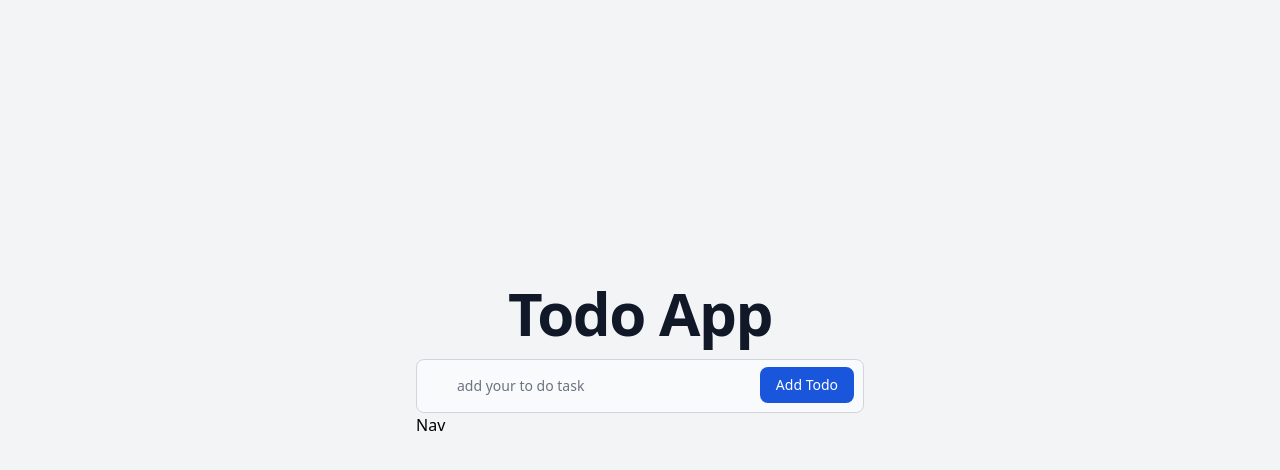
Repository: sodmaq/Todo-App
Page: /
An editor plug-in stored every save of this project. The page is shown before and after the next save, followed by the edit.
The browser window is 1280 px wide. The pictures show the whole page.
The project was rebuilt for these pictures with package versions that can differ from the ones it lists, and the page was loaded fresh each time. Also part of the build but not shown: vite.config.js, src/components/Quote.jsx, src/components/TodoItem.jsx.

Above is the page before, as saved 2024-09-04 11:49:26.

After the next save:
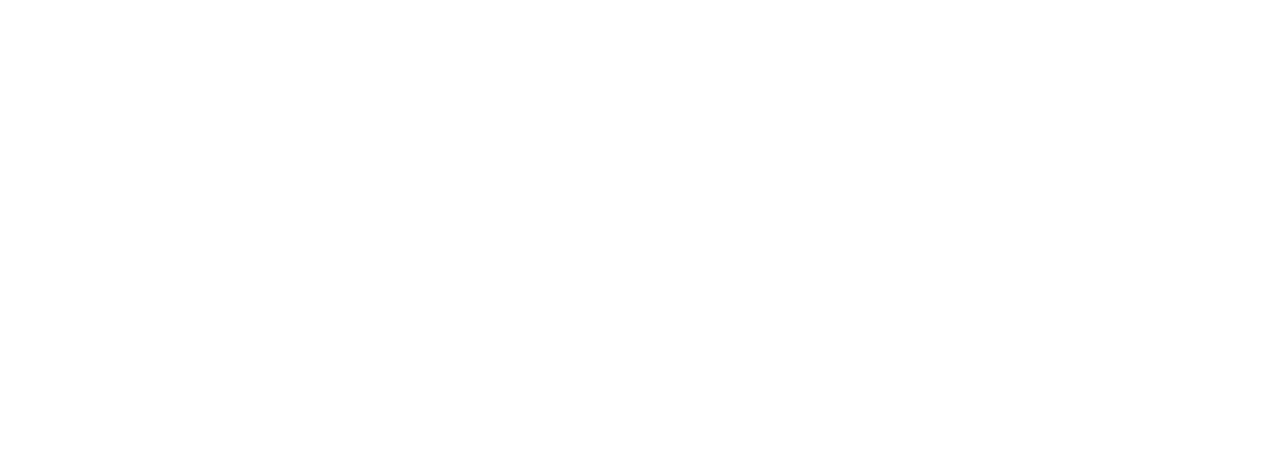
Console error: ReferenceError: NavLink is not defined
Saved 8 s later.
--- a/src/Todo.jsx
+++ b/src/Todo.jsx
@@ -42,7 +42,7 @@
           deleteTodo={deleteTodo}
           editTodo={editTodo}
         />
-        Nav
+        <NavLink></NavLink>
       </div>
     </main>
   );

After the save that followed:
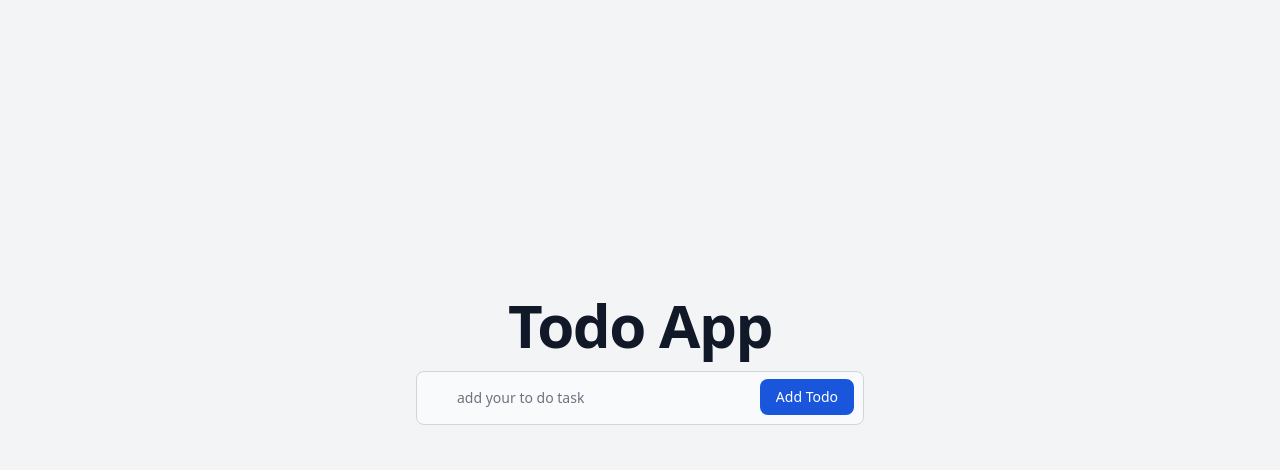
The error is gone.
Saved 22 s later.
--- a/src/Todo.jsx
+++ b/src/Todo.jsx
@@ -4,6 +4,7 @@
 import TodoInput from "./components/TodoInput";
 import TodoList from "./components/TodoList";
 import { v4 as uuidv4 } from "uuid"; // For generating unique IDs
+import { NavLink } from "react-router-dom";
 
 function Todo() {
   const [todos, setTodos] = useState([]);
